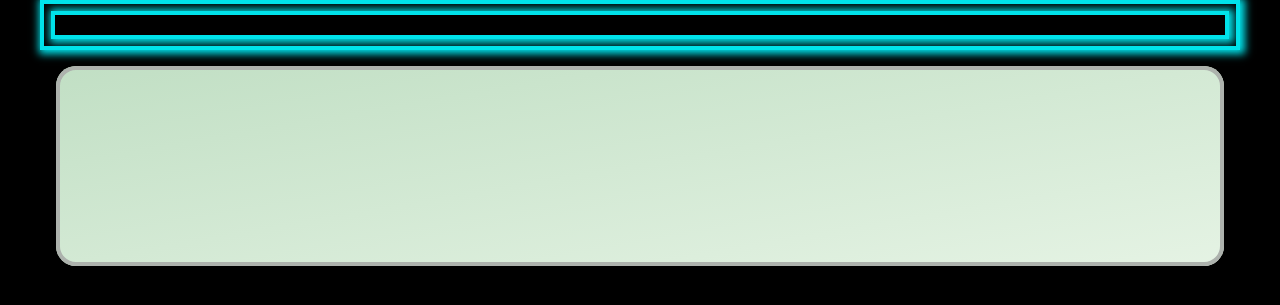
Repository: KhangNguyen3006/WebUI-UX
Page: /
The author's editor kept a copy of each file at every save. The page is drawn from the files as they stood at one save, then again after the next save.
The browser window is 1280 px wide. The pictures show the whole page.
The project was rebuilt for these pictures with package versions that can differ from the ones it lists, and the page was loaded fresh each time. Also part of the build but not shown: src/App.css.

Above is the page before, as saved 2023-05-03 23:57:32.

### src/index.js
import React from 'react';
import ReactDOM from 'react-dom';
import './index.css';
import App from './App';
import reportWebVitals from './reportWebVitals';
import 'bootstrap/dist/css/bootstrap.min.css';
import './assets/css/Custom.css';

const root = ReactDOM.createRoot(document.getElementById('root'));
root.render(
  <React.StrictMode>
    <App />
  </React.StrictMode>
);

// If you want to start measuring performance in your app, pass a function
// to log results (for example: reportWebVitals(console.log))
// or send to an analytics endpoint. Learn more: https://bit.ly/CRA-vitals
reportWebVitals();

### src/App.js

import './App.css';
import HomePage from './pages/HomePage';

function App() {
  return (
    <div>
      <HomePage />
    </div>
  );
}

export default App

### src/assets/css/Custom.css
@import url(Home.css);

body {
    margin: auto;
    padding: auto;
    background-color: #000;
}

* {
    box-sizing: border-box;
    width: auto;
    margin: auto;
    padding: 0;
}

### src/pages/HomePage.jsx
import React, { Component } from 'react'
import Home from '../components/home/Home'


class HomePage extends Component {
  render() {
    return (
      <div>
        <Home />
      </div>
    )
  }
}

export default HomePage

### src/assets/css/Home.css
.rectangle {
    border: 4px solid #00E2EA;
    padding: 7px;
    box-shadow: 2px 1px 8px 3px #00E2EA;
}

.rectangle-mini {
    border: 4px solid #00E2EA;
    padding: 10px;
    box-shadow: 2px 1px 8px 3px #00E2EA;
}

.rectangle-linear-gradient {
    height: 200px;
    border-radius: 20px;
    box-shadow: 2px 2px 5px rgba(225, 225, 225, 1);
    box-shadow: inset 0 0 0 4px #ADB2AD;
    background-image: linear-gradient(to bottom right, #C1DFC4, #E5F3E4);
}

.w-1200 {
    width: 1200px;
}

### src/components/home/Home.jsx
import React, { Component } from 'react'

class Home extends Component {
    render() {
        return (
            <div className='w-1200'>
                <div className="rectangle">
                    <div className="rectangle-mini">
                    </div>

                </div>

                <div className="rectangle-linear-gradient p-2 m-3">

                </div>
            </div>
        )
    }
}

export default Home

Loaded but not shown: public/index.html (common file); src/index.css (common file); src/reportWebVitals.js (common file)

After the next save:
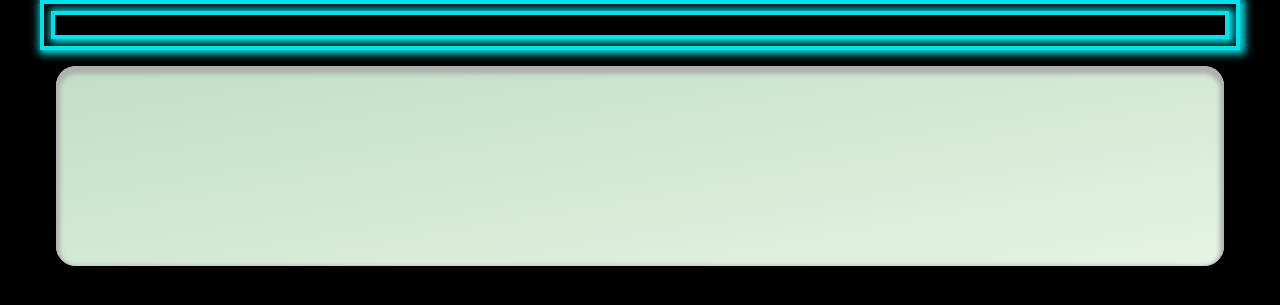
Saved 20 s later.
--- a/src/assets/css/Home.css
+++ b/src/assets/css/Home.css
@@ -14,7 +14,7 @@
     height: 200px;
     border-radius: 20px;
     box-shadow: 2px 2px 5px rgba(225, 225, 225, 1);
-    box-shadow: inset 0 0 0 4px #ADB2AD;
+    box-shadow: inset 0 4px 4px 4px #ADB2AD;
     background-image: linear-gradient(to bottom right, #C1DFC4, #E5F3E4);
 }
 
